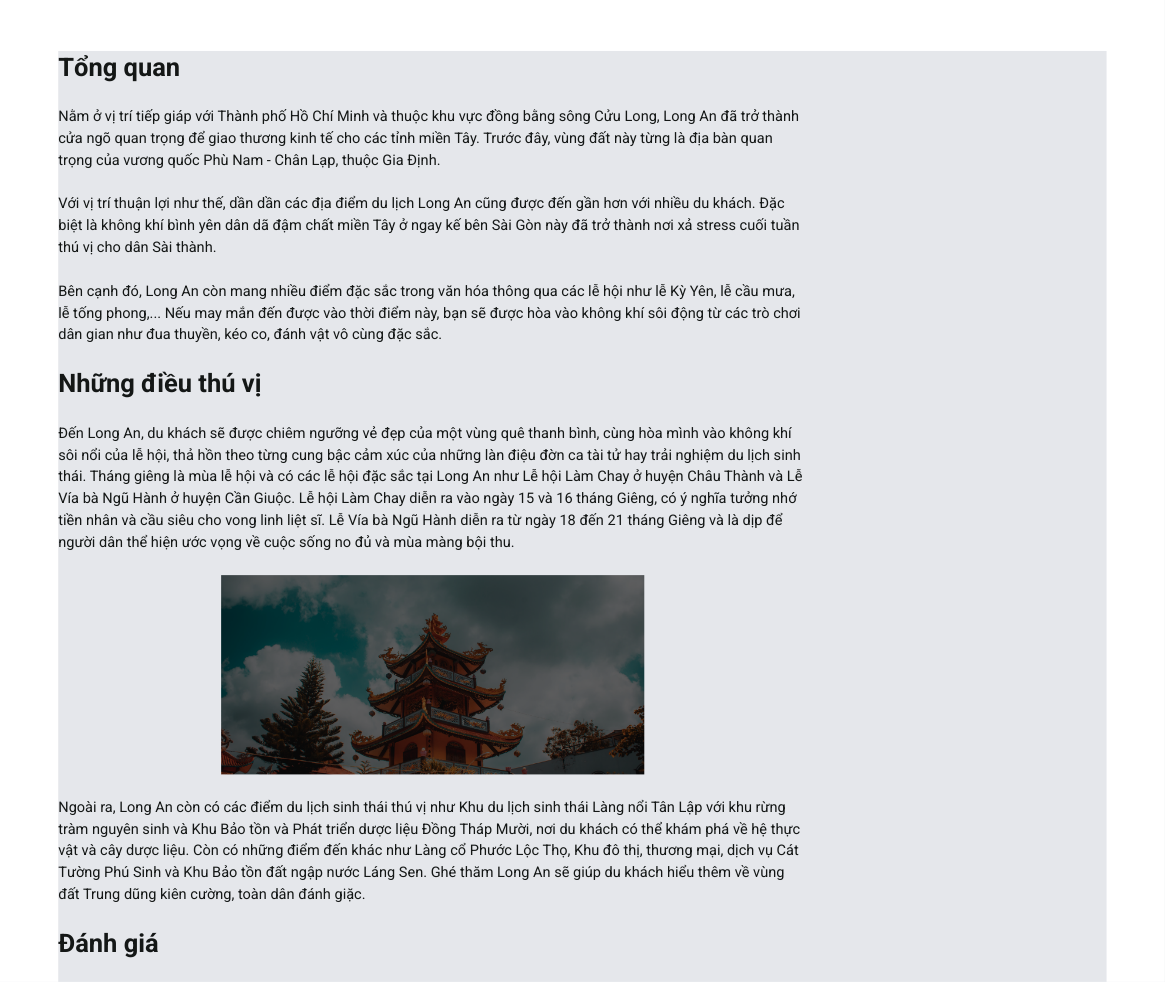
Repository: thduy2003/WDA-ET
Page: / (app in frontend/)
These files come from the project's save history. The page is drawn as it stood at one moment and after the next save; the edit follows.
The browser window is 1280 px wide. The pictures show the whole page, at 91% of full size.
The project was rebuilt for these pictures with package versions that can differ from the ones it lists, and the page was loaded fresh each time. Also part of the build but not shown: frontend/vite.config.js, frontend/src/components/Icons/SaveIcon.jsx, frontend/src/components/Card/index.jsx, frontend/src/components/Carousel/index.jsx, frontend/src/components/Logo/index.jsx, frontend/src/components/Button/index.jsx, frontend/src/pages/Auth/index.jsx, frontend/src/components/InputGroup/index.jsx and 1 more.

Above is the page before, as saved 2023-05-23 11:21:27.

After the next save:
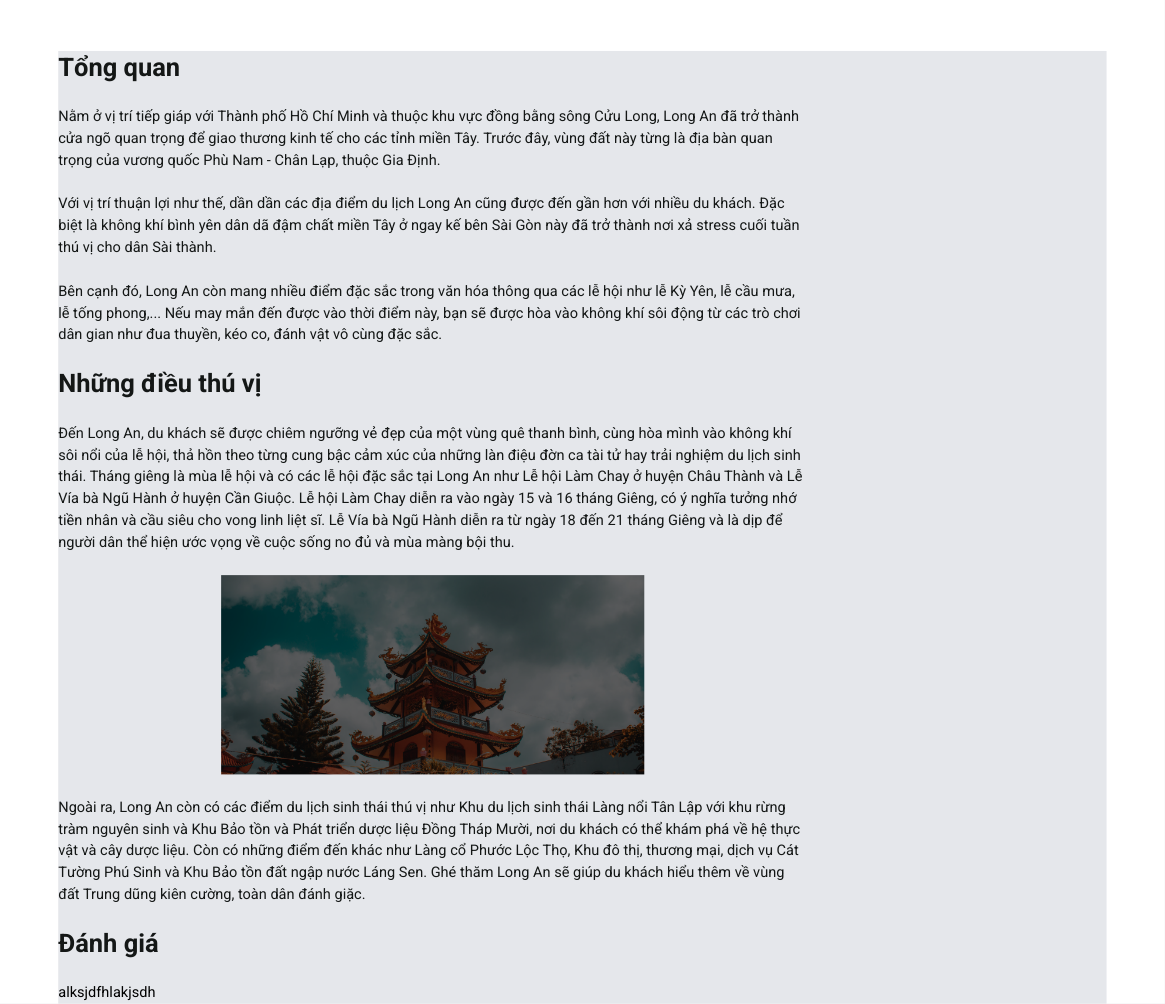
Saved 9 s later.
--- a/frontend/src/pages/Detail/StarRating/StarRating.jsx
+++ b/frontend/src/pages/Detail/StarRating/StarRating.jsx
@@ -3,7 +3,7 @@
 const StarRating = () => {
     return (
         <div>
-
+           alksjdfhlakjsdh
         </div>
     );
 };

After the save that followed:
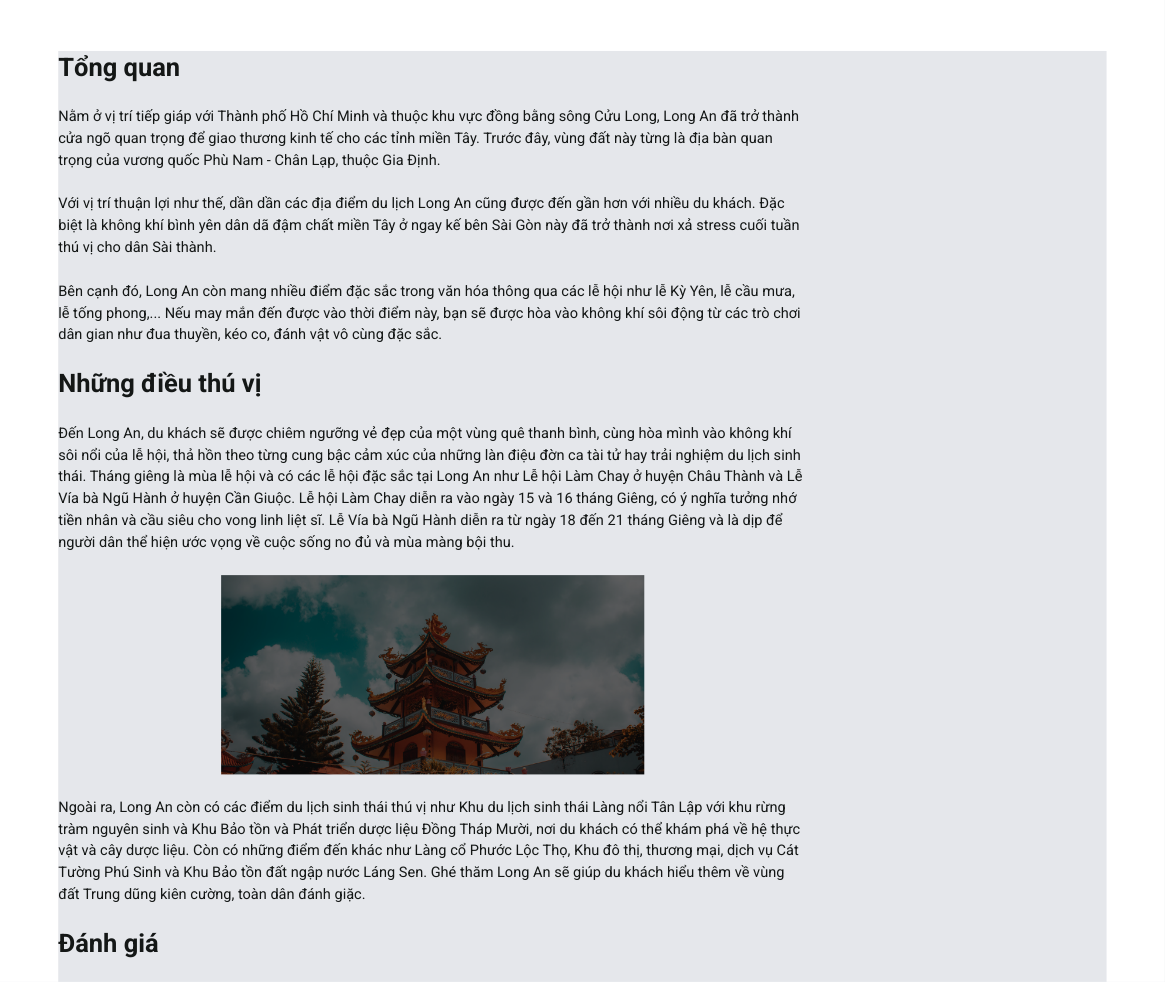
Saved 21 s later.
--- a/frontend/src/pages/Detail/StarRating/StarRating.jsx
+++ b/frontend/src/pages/Detail/StarRating/StarRating.jsx
@@ -3,7 +3,7 @@
 const StarRating = () => {
     return (
         <div>
-           alksjdfhlakjsdh
+
         </div>
     );
 };
